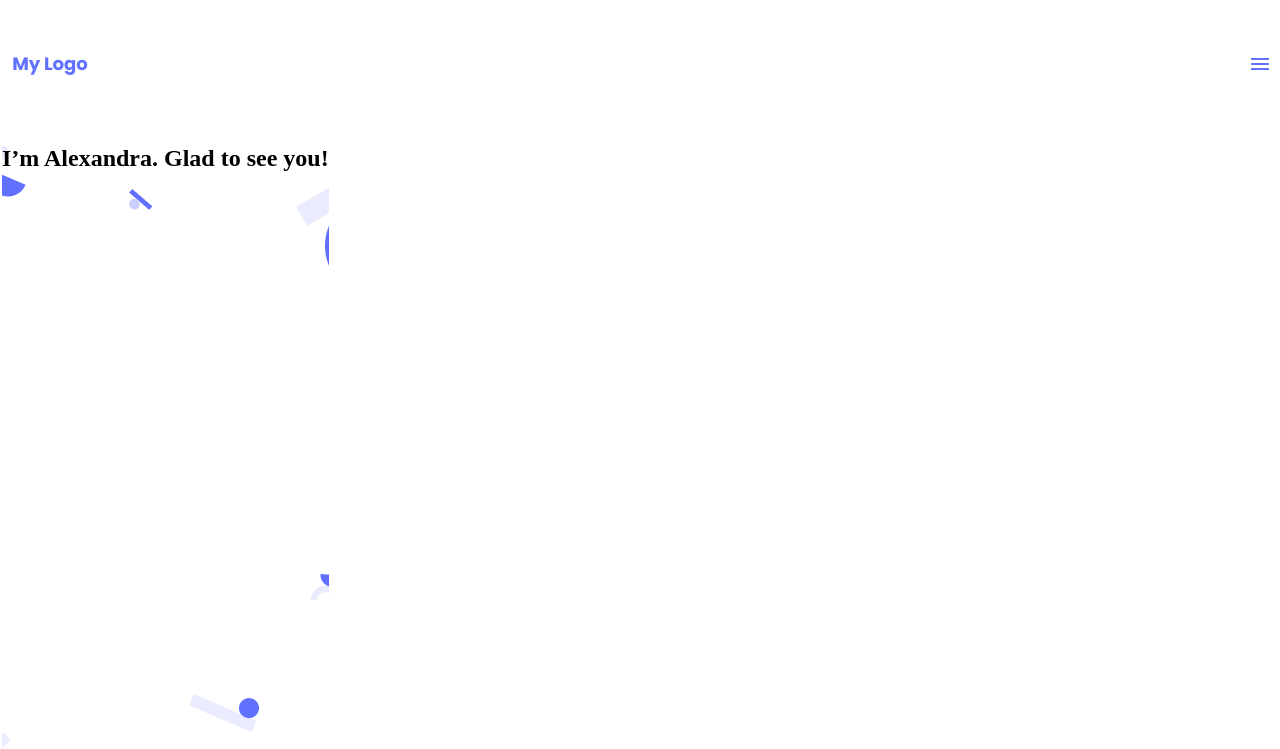
Repository: Paulinelali/potfoilo.github.io
Page: public/index.html
These files come from the project's save history. The page is drawn as it stood at one moment and after the next save; the edit follows.
The browser window is 1280 px wide. The pictures show the whole page.

Above is the page before, as saved 2023-03-24 21:07:06.

### public/index.html
<!DOCTYPE html>
<html lang="en">
<head>
    <meta charset="UTF-8">
    <meta http-equiv="X-UA-Compatible" content="IE=edge">
    <meta name="viewport" content="width=device-width, initial-scale=1.0">
    <link rel="stylesheet" href="../styles/style.css">
    <title>Ayomide S.E.P</title>
</head>
<body>

    <header class="header header-top">
        <div class="header-inner sp-btw-flex">
            <div class="heoader-log">
                <img src="../assets/Logo Placeholder.png" alt="">
            </div>
            <div class="header-mobile-icon">
                <img src="../assets/Normal Button/Tertiary/Enabled.png" alt="">
            </div>
        </div>
    </header>

    <section class="intro-section">
        <h2>I’m Alexandra.
            Glad to see you!</h2>
    </section>
</body>
</html>

### styles/style.css
*{
    box-sizing: border-box;
    padding: 0px;
    margin: 0px;
}

.intro-section{
    background-image: url("../assets/header-shapes\ mobile.png");
    position: absolute;
    top: 145px;
    height: 604px;
    left: 2px;

}


.header-inner{
    position: absolute;
    width: 100%;
    height: 48px;
    top: 44px;
    display: flex;
    justify-content: space-between;
}

.sp-btw-flex{ display: flex;}
.sp-btw-fle .heoader-log{
    width: 40px;
    height: 40px;
    left: 24px;
    top: cal(50% -40px/2);
    border-radius: 8px;
    -webkit-border-radius: 8px;
    -moz-border-radius: 8px;
    -ms-border-radius: 8px;
    -o-border-radius: 8px;
}

.header-mobile-icon{
    width: 40px;
    height: 40px;
    right: 24px;
    top: cal(50% -40px/2);
    border-radius: 8px;
    -webkit-border-radius: 8px;
    -moz-border-radius: 8px;
    -ms-border-radius: 8px;
    -o-border-radius: 8px;
}

After the next save:
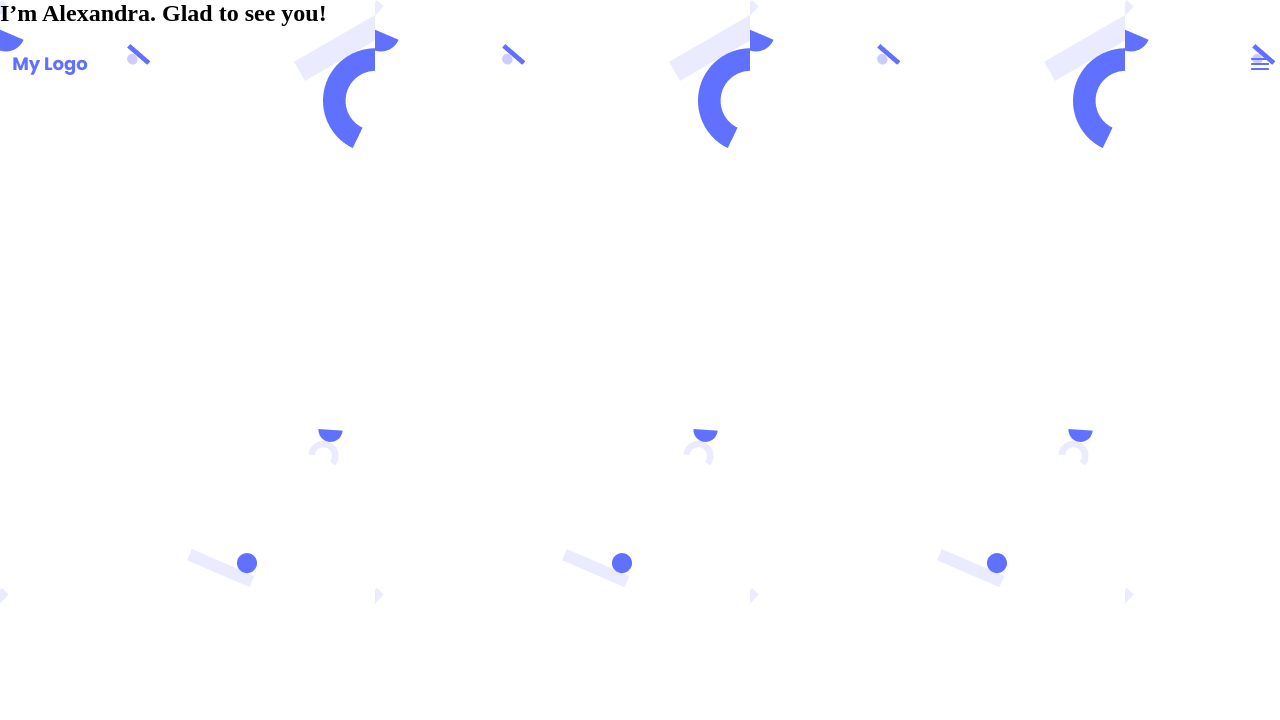
Saved 26 s later.
--- a/styles/style.css
+++ b/styles/style.css
@@ -6,6 +6,7 @@
 
 .intro-section{
     background-image: url("../assets/header-shapes\ mobile.png");
+    backgrou
     position: absolute;
     top: 145px;
     height: 604px;

After the 2 saves that followed:
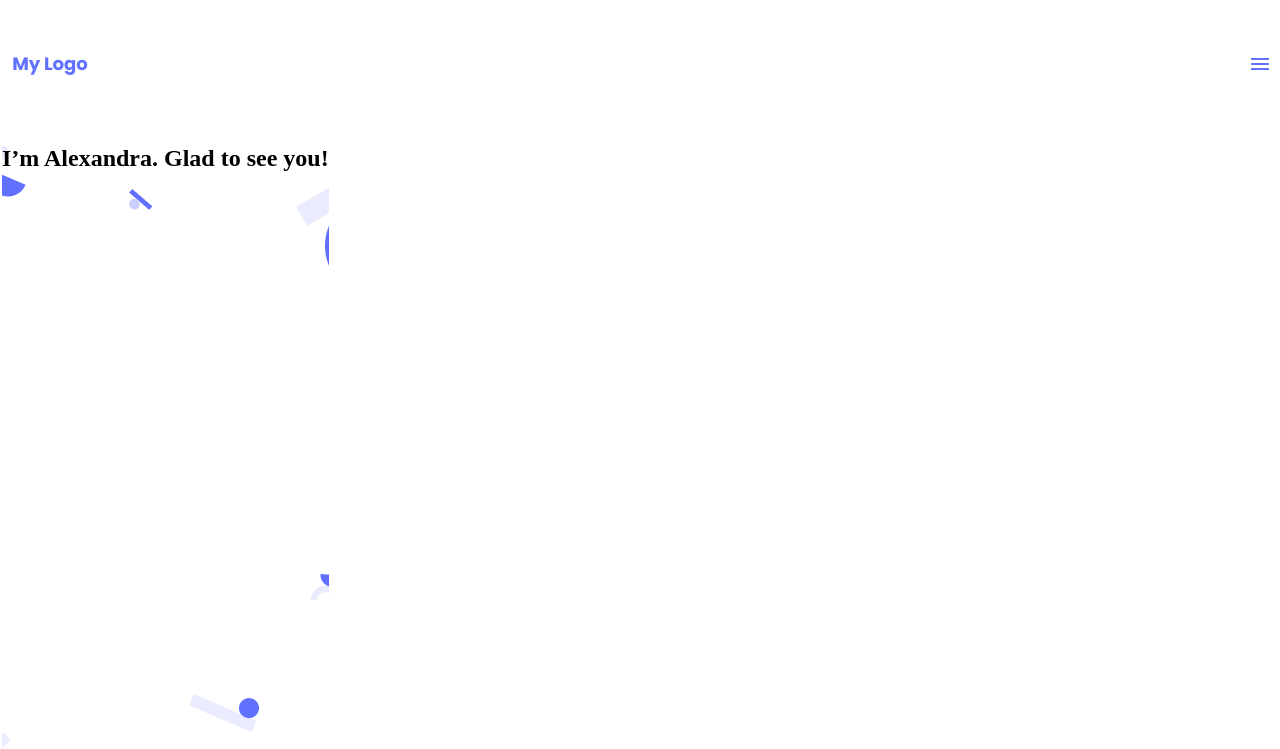
The 2 saves are shown as one change because they came seconds apart.
The last was saved 6 s later.
--- a/styles/style.css
+++ b/styles/style.css
@@ -6,7 +6,7 @@
 
 .intro-section{
     background-image: url("../assets/header-shapes\ mobile.png");
-    backgrou
+    background-size: ;
     position: absolute;
     top: 145px;
     height: 604px;
